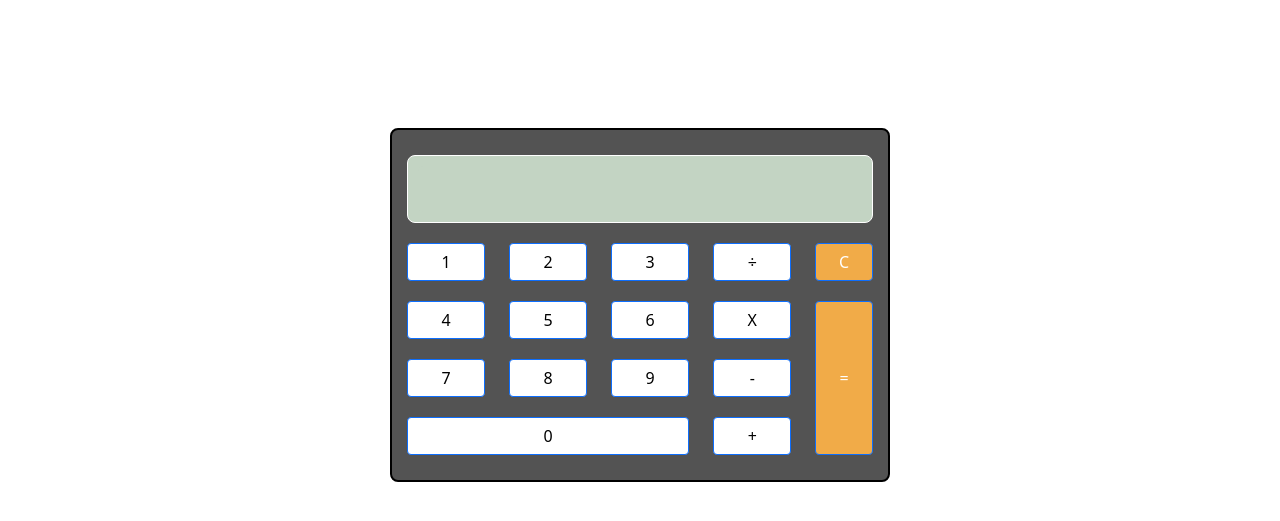
Repository: jsakdalan/CalculatorReactTypescript
Page: /
The author's editor kept a copy of each file at every save. The page is drawn from the files as they stood at one save, then again after the next save.
The browser window is 1280 px wide. The pictures show the whole page.
The project was rebuilt for these pictures with package versions that can differ from the ones it lists, and the page was loaded fresh each time. Also part of the build but not shown: src/App.css.

Above is the page before, as saved 2022-06-07 17:25:46.

### src/App.tsx
import  Calculator from './pages/Calculator';
import './App.css';
import 'bootstrap/dist/css/bootstrap.min.css'

export default function App() {

  return(
    <Calculator/>
  )
}

### src/pages/Calculator.tsx
import React from 'react';
import Col from 'react-bootstrap/Col';
import Container from 'react-bootstrap/Container';
import Row from 'react-bootstrap/Row';
import Button from 'react-bootstrap/Button';
import InputGroup from 'react-bootstrap/InputGroup';
import FormControl from 'react-bootstrap/FormControl';
import './Calculator.css'

export default function TextEditor(){

    interface Screen{
        styling: string;
    }

    interface Buttons {
        styling: string;
        btnNumber: string;
    }

    const Screen = (props:Screen) => {
        return(
            <InputGroup size="lg" className={props.styling}>
                    <FormControl
      aria-label="Default"
      aria-describedby="inputGroup-sizing-default"
    />
            </InputGroup>
        )
    }

    const Buttons = (props:Buttons) => {
        return(
            <Button className={props.styling}>
                {props.btnNumber}
            </Button>
        )
    }

    return(
        <>
            <Container className="container">
                <Row>
                    <Col><Screen styling="screen"/></Col>
                </Row>
                <Row>
                    <Col md={10}>
                        <Row>
                            <Col md={12}>
                                <Row>
                                    <Col md={3}><Buttons styling="numerical" btnNumber="1"/></Col>
                                    <Col md={3}><Buttons styling="numerical" btnNumber="2"/></Col>
                                    <Col md={3}><Buttons styling="numerical" btnNumber="3"/></Col>
                                    <Col md={3}><Buttons styling="operational" btnNumber="&#247;"/></Col>
                                </Row>
                            </Col>
                            <Col md={12}>
                                <Row>
                                    <Col md={3}><Buttons styling="numerical" btnNumber="4"/></Col>
                                    <Col md={3}><Buttons styling="numerical" btnNumber="5"/></Col>
                                    <Col md={3}><Buttons styling="numerical" btnNumber="6"/></Col>
                                    <Col md={3}><Buttons styling="operational" btnNumber="X"/></Col>
                                </Row>
                            </Col>
                            <Col md={12}>
                                <Row>
                                    <Col md={3}><Buttons styling="numerical" btnNumber="7"/></Col>
                                    <Col md={3}><Buttons styling="numerical" btnNumber="8"/></Col>
                                    <Col md={3}><Buttons styling="numerical" btnNumber="9"/></Col>
                                    <Col md={3}><Buttons styling="operational" btnNumber="-"/></Col>
                                </Row>
                            </Col>
                            <Col md={12}>
                                <Row>
                                    <Col md={9}><Buttons styling="numerical" btnNumber="0"/></Col>
                                    <Col md={3}><Buttons styling="numerical" btnNumber="+"/></Col>
                                </Row>
                            </Col>
                        </Row>
                    </Col>
                    <Col md={2}>
                        <Row>
                            <Col>
                                <Row>
                                    <Col md={12}><Buttons styling="erase" btnNumber="C"/></Col>
                                    <Col md={12}><Buttons styling="equals" btnNumber="="/></Col>
                                </Row>
                            </Col>
                        </Row>
                    </Col>
                </Row>
            </Container>
        </>
    )
}

### src/pages/Calculator.css
.container{
    margin-top:10%;
    max-width: 500px!important;
    width: 400px;
    display: flex;
    flex-direction: column;
    border: 2px solid black;
    padding: 15px!important;
    border-radius: 8px;
    background-color: #535353;
}

.screen{
    width: 100%;
    padding: 10px;
    margin: 10px 0px 10px 0px;
    background-color: #c3d4c3;
    border-radius: 8px;
    border: 0.5px solid white;
}

.input-group>.form-control{
    position: relative;
    flex: 1 1 auto;
    width: 1%;
    background-color: #c3d4c3;
    min-width: 0;
    border: none;
}

.numerical{
    background-color: #ffffff!important;
    color: black!important;
    width: 100%;
    padding: 10px;
    margin: 10px 0px 10px 0px;
    background-color: #eeeeee;
}

.operational{
    background-color: #ffffff!important;
    color: black!important;
    width: 100%;
    padding: 10px;
    margin: 10px 0px 10px 0px;
}

.equals{
    background-color: #f1ab48!important;
    height: 154px;
    width: 100%;
    padding: 10px;
    margin: 10px 0px 10px 0px;
}

.erase{
    background-color: #f1ab48!important;
    width: 100%;
    padding: 10px;
    margin: 10px 0px 10px 0px;
}

Loaded but not shown: public/index.html (common file); src/index.tsx (common file); src/index.css (common file); src/reportWebVitals.ts (common file)

After the next save:
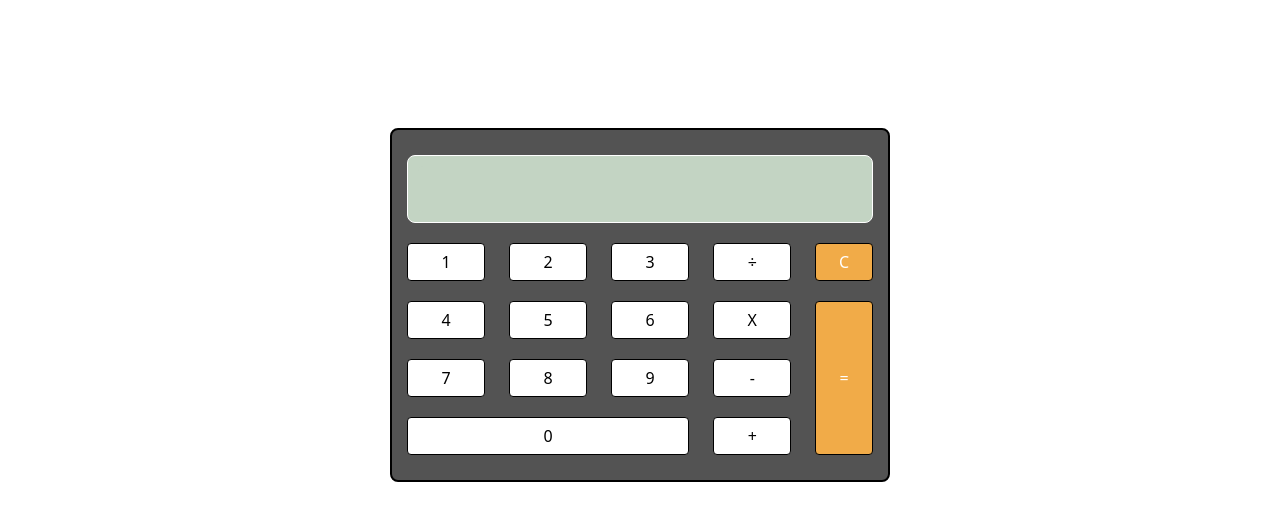
Saved 41 s later.
--- a/src/pages/Calculator.css
+++ b/src/pages/Calculator.css
@@ -26,6 +26,10 @@
     background-color: #c3d4c3;
     min-width: 0;
     border: none;
+}
+
+.btn-primary{
+    border:0.5px solid black!important;
 }
 
 .numerical{
